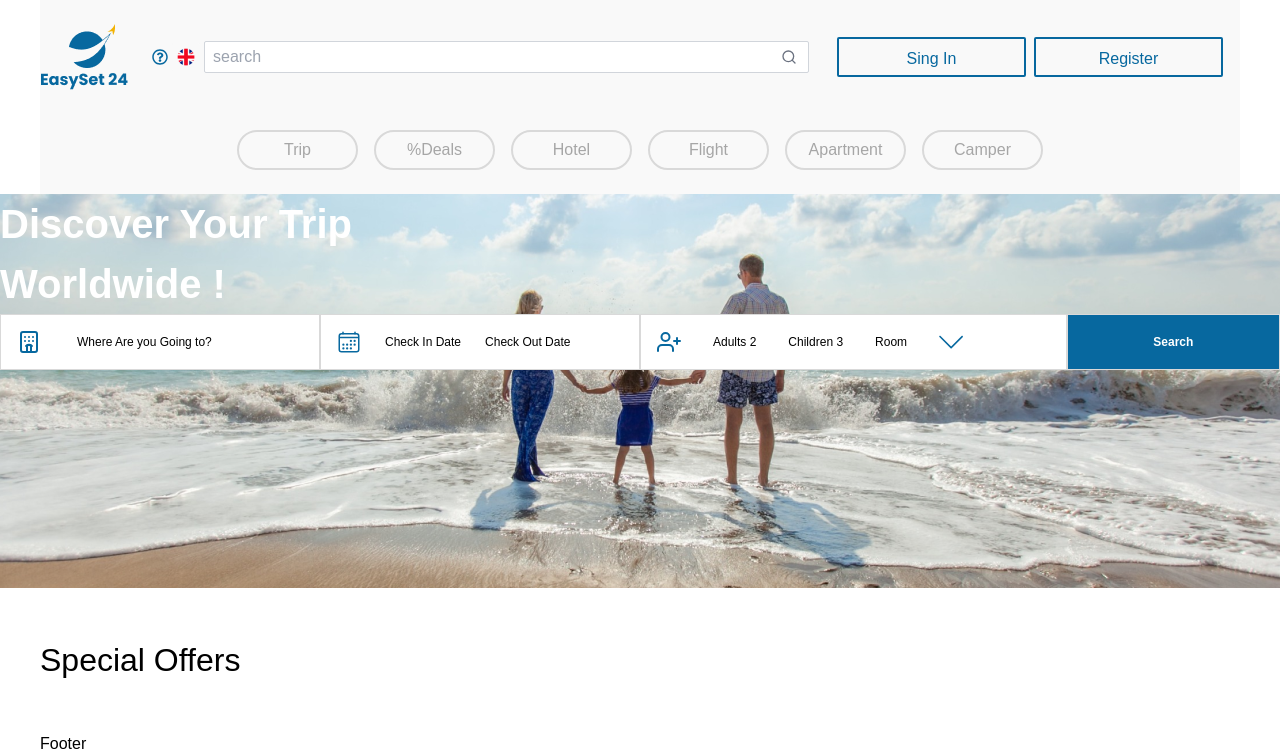
Repository: Quynhhuong150322/DIKO_STUDY_TRAVEL_WEB
Page: /
The author's editor kept a copy of each file at every save. The page is drawn from the files as they stood at one save, then again after the next save.
The browser window is 1280 px wide. The pictures show the whole page.
The project was rebuilt for these pictures with package versions that can differ from the ones it lists, and the page was loaded fresh each time. Also part of the build but not shown: src/components/Login.js, src/components/Register.js. Imported but missing from the stored project, and not drawn on this page: src/redux/slices/authSlice.

Above is the page before, as saved 2024-02-23 09:43:03.

### src/index.css
@tailwind base;
@tailwind components;
@tailwind utilities;

@import url("https://fonts.googleapis.com/css2?family=Poppins:wght@100;300;400;500;600&display=swap");

@layer base {
  html {
    font-family: "Poppins", sans-serif;
  }
  * {
    margin: 0;
    padding: 0;
    box-sizing: border-box;
    scroll-behavior: smooth;
    /* background-color: #F9F9F9; */
  }
}

@layer components {
  .max-container {
    max-width: 1260px;
    /* min-height: 100vh; */
    margin: 0 auto;
    padding: 0 30px;
    /* display: flex; */
    /* flex-direction: column; */
    justify-content: space-between;
  }
  .button {
    width: 189px;
    height: 40px;
    border-style: solid;
    border-width: 2px;
    border-color: #07689F;
    color: #07689F;
  }
  .tabMenu {
    width: 121px;
    height: 40px;
    color: #D9D9D9;
    border-style: solid;
    border-width: 2px;
    border-color: #D9D9D9;
    color: #D9D9D9;
    border-radius: 9999px;
  }
  .tabSearch {
    /* max-width: 1190px; */
    height: 56px;
    border-style: solid;
    border-width: 1px;
    border-color: #D9D9D9;
    padding: 0 16px;
    font-size: 12px;
  }
  /* .text_h2 {
    font-size: 32px;
    font-style: bold;
  } */
}

### src/App.js
import React from "react";
import Navbar from "./components/Navbar";
import Footer from "./components/Footer";
import AppRoutes from "./routes/AppRoutes";
import { BrowserRouter as Router } from "react-router-dom";

const App = () => {
  return (
    <Router>
      <div className="">
        <div className="max-container">
          <Navbar />
        </div>
        <div>
          <AppRoutes />
        </div>
        <div className="max-container">
          <Footer />
        </div>
      </div>
    </Router>
  );
};

export default App;

### src/redux/store.js
import { configureStore } from "@reduxjs/toolkit";
import authReducer from "./slices/authSlice";

export const store = configureStore({
  reducer: {
    users: authReducer,
  },
});

### src/components/Navbar.js
import React from 'react'
import Logo from '../assets/images/Header/Logo.png'
import EL from '../assets/images/Header/England.png'
import { FaRegQuestionCircle } from "react-icons/fa";
import { LuSearch } from "react-icons/lu";

const MenuData = [
    {
        id: 1,
        name: 'Trip',
    },
    {
        id: 2,
        name: '%Deals',
    },
    {
        id: 3,
        name: 'Hotel',
    },
    {
        id: 4,
        name: 'Flight',
    },
    {
        id: 5,
        name: 'Apartment',
    },
    {
        id: 6,
        name: 'Camper',
    },
]

const Navbar = () => {
    return (
        <div className='bg-neutral py-[24px]'>
            <div className="flex flex-col gap-10">
                {/* Header Section  */}
                <div className='flex gap-2 items-center'>
                    <img src={Logo} alt="" />
                    <div className='flex gap-7 items-center'>
                        <div className="flex gap-1 items-center">
                            <FaRegQuestionCircle className='text-primary' />
                            <img src={EL} alt="" className='w-7 h-7' />
                            {/* Search  */}
                            <div className="relative flex items-center">
                                <input
                                    type="text"
                                    placeholder="search"
                                    className="w-[605px] h-[32px] rounded-sm border border-gray-300 px-2 py-1 focus:outline-none focus:border-1 focus:border-primary"
                                />
                                <LuSearch className="text-gray-500 group-hover:text-primary absolute top-1/2 -translate-y-1/2 right-3 cursor-pointer" />
                            </div>
                        </div>
                        <div className='flex gap-2 items-center'>
                            <button className='button border-primary bg-neutral hover:scale-105 py-2 px-4 rounded-sm'>
                                Sing In
                            </button>
                            <button className='button border-primary bg-neutral hover:scale-105 py-2 px-4 rounded-sm'>
                                Register
                            </button>
                        </div>
                    </div>
                    <div>
                    </div>
                </div>
                {/* Upper Nav  */}
                <div className=''>
                    <div className=' '>
                        <ul className='flex justify-center gap-4'>
                            {
                                MenuData.map((data) => (
                                    <button key={data.id} className='text-pri tabMenu focus:bg-primary focus:text-white focus:font-bold focus:border-primary inline-block hover:text-primary' >
                                        {data.name}
                                    </button>
                                ))
                            }
                        </ul>
                    </div>
                </div>
            </div>
        </div>
    )
}

export default Navbar

### src/routes/AppRoutes.js
import React from "react";
import { Switch, Route } from "react-router-dom";
import Login from "../components/Login";
import Register from "../components/Register";
import Langding from "../pages/LangdingPage/Langding";
const AppRoutes = () => {
  return (
    <div>
      <Switch>
        <Route path="/login">
          <Login />
        </Route>
        <Route path="/register">
          <Register />
        </Route>
        <Route path="/" exact>
          <Langding />
        </Route>
        <Route path="*">
          <div className="">404 not Error...</div>
        </Route>
      </Switch>
    </div>
  );
};

export default AppRoutes;

### src/pages/LangdingPage/Langding.js
import React from 'react'
import Picture from '../../assets/images/LangdingPage/Picture.png'
import { LuHotel } from "react-icons/lu";
import { IoCalendarOutline } from "react-icons/io5";
import { SlArrowDown } from "react-icons/sl";
import { FiUserPlus } from "react-icons/fi";

const BannerImg = {
  backgroundImage: `url(${Picture})`,
  backgroundPosition: "center",
  backgroundRepeat: "no-repeat",
  backgroundSize: "cover",
  height: "394px",
  width: "100%",
};


const Langding = () => {
  return (
    <div >
      {/* Discover Trip  */}
      <div className=' background ' style={BannerImg}>
        <div className=' '>
          <h1 className='text-3xl w-1/3 font-bold text-white bg-opacity-0'>
            Discover Your Trip Worldwide !
          </h1>
          <div class="flex flex-row  bg-white">
            <div class="basis-1/4 tabSearch flex gap-9 items-center">
              <LuHotel className='text-primary' size={24} />
              <p className=''>
                Where Are you Going to?
              </p>
            </div>
            <div class="basis-1/4 tabSearch flex gap-6 items-center">
              <IoCalendarOutline size={24} className='text-primary' />
              <p className=''>
                Check In Date
              </p>
              <p className=''>
                Check Out Date
              </p>
            </div>
            <div class="basis-1/3 tabSearch flex gap-8 items-center">
              <FiUserPlus size={24} className='text-primary' />
              <p className=''>
                Adults 2
              </p>
              <p className=''>
                Children 3
              </p>
              <p className=''>
                Room
              </p>
              <SlArrowDown size={24} className='text-primary' />
            </div>
            <div class="basis-1/6  tabSearch bg-primary flex justify-center items-center">
              <p className='font-bold text-white'>Search</p>
            </div>
          </div>
        </div>
      </div>
      {/* Special Offers */}
      <div className='max-container py-12'>
        <div className=''>
          <h2 className='text-2xl '>Special Offers</h2>
        </div>
      </div>
    </div>
  )
}

export default Langding

### tailwind.config.js
/** @type {import('tailwindcss').Config} */
module.exports = {
  content: ["./src/**/*.{js,jsx,ts,tsx}"],
  theme: {
    extend: {
      colors: {
        primary: "#07689F",
        secondary: "#D9D9D9",
        neutral: "#F9F9F9",
        pri: "#A6A6A6",
      },
      fontSize: {
        sm: '12px',
        base: '16px',
        xl: '20px',
        '2xl': '32px',
        '3xl': '40px',
        '4xl': '44px',
        // '5xl': '3.052rem',
      },
    },
  },
  plugins: [],
};

Loaded but not shown: public/index.html (common file); src/index.js (common file); src/reportWebVitals.js (common file); src/components/Footer.js (common file)

After the next save:
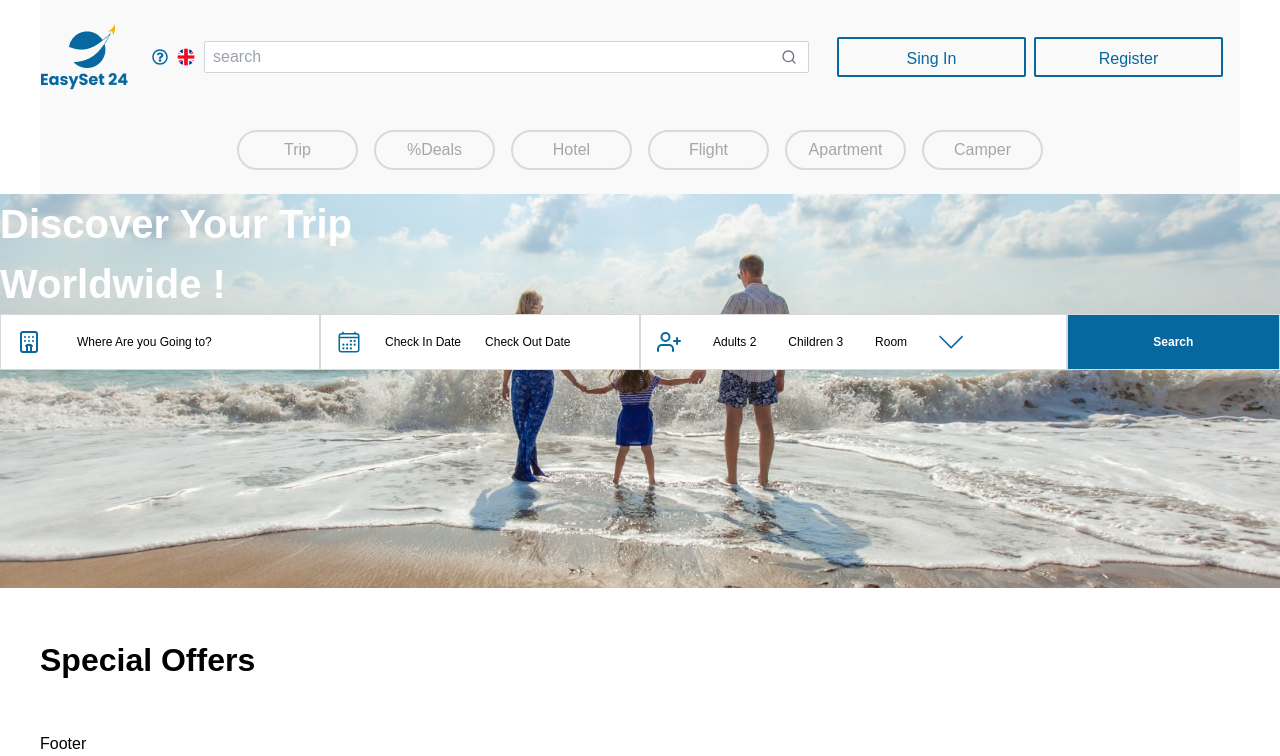
Saved 27 s later.
--- a/src/pages/LangdingPage/Langding.js
+++ b/src/pages/LangdingPage/Langding.js
@@ -62,7 +62,7 @@ const Langding = () => {
       {/* Special Offers */}
       <div className='max-container py-12'>
         <div className=''>
-          <h2 className='text-2xl '>Special Offers</h2>
+          <h2 className='text-2xl font-bold'>Special Offers</h2>
         </div>
       </div>
     </div>
